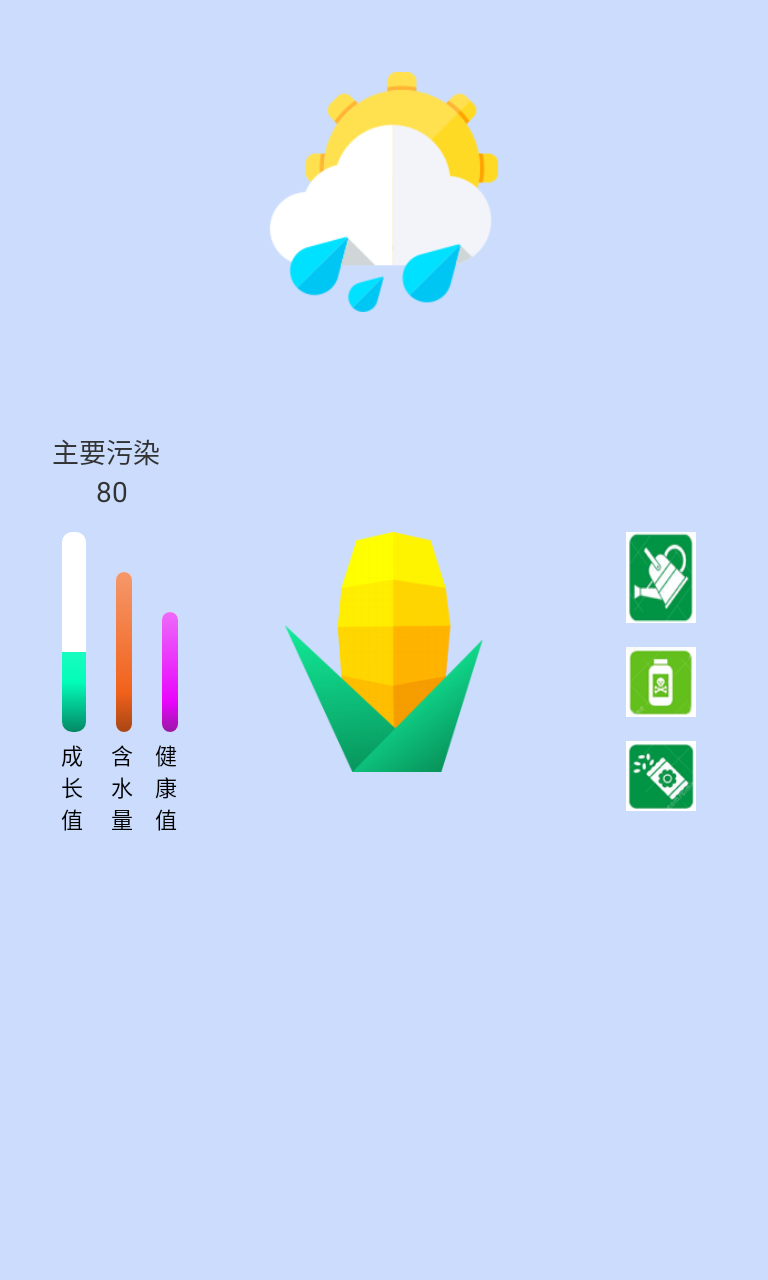
Repository: DraceWang/YumiTianqi
Layout: YumiTianqi/res/layout/fragment_main.xml
These files come from the project's save history. The layout is drawn as it stood at one moment and after the next save; the edit follows.
It is drawn on a 768 x 1280 px phone screen (xhdpi) without system bars, with theme AppTheme; the app's code is not run. Lists and similar views that code fills are empty.

Above is the layout before, as saved 2015-05-20 00:59:08.

### YumiTianqi/res/layout/fragment_main.xml
<RelativeLayout xmlns:android="http://schemas.android.com/apk/res/android"
    xmlns:tools="http://schemas.android.com/tools"
    android:layout_width="match_parent"
    android:layout_height="match_parent"
    android:background="#cbdcfd"
    android:paddingBottom="@dimen/activity_vertical_margin"
    android:paddingLeft="@dimen/activity_horizontal_margin"
    android:paddingRight="@dimen/activity_horizontal_margin"
    android:paddingTop="@dimen/activity_vertical_margin"
    tools:context="com.boyumi.yumitianqi.MainActivity$PlaceholderFragment" >

    <TextView
        android:id="@+id/CityName"
        android:layout_width="wrap_content"
        android:layout_height="wrap_content"
        android:layout_marginLeft="20dp"
        android:layout_marginTop="20dp"
        android:textColor="#000"
        android:textSize="10pt" />

    <TextView
        android:id="@+id/currentTemperature"
        android:layout_width="wrap_content"
        android:layout_height="wrap_content"
        android:layout_alignParentRight="true"
        android:layout_alignTop="@+id/CityName"
        android:layout_marginRight="20dp"
        android:textColor="#000"
        android:textSize="10pt" />

    <ImageView
        android:id="@+id/WeatherIcon"
        android:layout_width="120dp"
        android:layout_height="120dp"
        android:layout_alignTop="@+id/CityName"
        android:layout_centerHorizontal="true"
        android:src="@drawable/sunnyrain" />

    <TextView
        android:layout_width="wrap_content"
        android:layout_height="wrap_content"
        android:id="@+id/WeatherCondition"
        android:layout_below="@+id/WeatherIcon"
        android:layout_centerHorizontal="true"
        android:layout_marginTop="5dp"
        android:textSize="10pt"
        android:textColor="#000"
        />

    <TextView
        android:layout_width="wrap_content"
        android:layout_height="wrap_content"
        android:id="@+id/date"
        android:layout_alignParentBottom="true"
        android:layout_alignParentRight="true"
        android:layout_marginRight="5dp"
        android:layout_marginBottom="2dp"
        android:textSize="5pt"
        android:textColor="#666"
        />
    <RelativeLayout
        android:layout_width="60dp"
        android:layout_height="wrap_content"
        android:id="@+id/btn_AQ"
        android:layout_above="@+id/body"
        android:layout_marginLeft="10dp"
        android:layout_marginBottom="-100dp"
        >
        <TextView
            android:id="@+id/AQ_title"
            android:layout_width="60dp"
            android:layout_height="20dp"
            android:layout_alignParentLeft="true"
            android:textSize="6pt"
            android:text="主要污染"
            />
        <TextView
            android:id="@+id/AQ_content"
            android:layout_width="60dp"
            android:layout_height="20dp"
			android:gravity="center"
            android:layout_below="@+id/AQ_title"
            android:text="80"
            />

    </RelativeLayout>
    <ScrollView
        android:id="@+id/body"
        android:layout_width="match_parent"
        android:layout_height="wrap_content"
        android:layout_below="@+id/WeatherIcon"
        android:layout_centerHorizontal="true"
        android:layout_marginTop="70dp"
        android:scrollbars="none" >

        <LinearLayout
            android:layout_width="match_parent"
            android:layout_height="wrap_content"
            android:orientation="vertical" >

            <RelativeLayout
                android:layout_width="match_parent"
                android:layout_height="wrap_content" >

                <ImageView
                    android:id="@+id/cron"
                    android:layout_width="120dp"
                    android:layout_height="120dp"
                    android:layout_centerHorizontal="true"
                    android:layout_marginTop="40dp"
                    android:src="@drawable/cron" />

                <ProgressBar
                    android:id="@+id/progressBar_gv"
                    style="?android:attr/progressBarStyleHorizontal"
                    android:layout_width="12dp"
                    android:layout_height="100dp"
                    android:layout_alignTop="@+id/cron"
                    android:layout_marginLeft="15dp"
                    android:max="200"
                    android:progress="80"
                    android:progressDrawable="@drawable/mybar_gv" />

                <ProgressBar
                    android:id="@+id/progressBar_wv"
                    style="?android:attr/progressBarStyleHorizontal"
                    android:layout_width="8dp"
                    android:layout_height="80dp"
                    android:layout_above="@+id/Date"
                    android:layout_alignBottom="@+id/progressBar_gv"
                    android:layout_marginLeft="15dp"
                    android:layout_toRightOf="@+id/progressBar_gv"
                    android:max="50"
                    android:progress="80"
                    android:progressDrawable="@drawable/mybar_wv" />

                <ProgressBar
                    android:id="@+id/progressBar_hv"
                    style="?android:attr/progressBarStyleHorizontal"
                    android:layout_width="8dp"
                    android:layout_height="60dp"
                    android:layout_above="@+id/Date"
                    android:layout_alignBottom="@+id/progressBar_gv"
                    android:layout_marginLeft="15dp"
                    android:layout_toRightOf="@+id/progressBar_wv"
                    android:max="10"
                    android:progress="80"
                    android:progressDrawable="@drawable/mybar_hv" />

                <ImageButton
                    android:id="@+id/imageButton_water"
                    android:layout_width="35dp"
                    android:layout_height="35dp"
                    android:layout_above="@+id/imageButton_bug"
                    android:layout_alignParentRight="true"
                    android:layout_alignTop="@+id/cron"
                    android:layout_marginBottom="12dp"
                    android:layout_marginRight="20dp"
                    android:background="@drawable/water"
                    android:onClick="water"
                    android:scaleType="fitCenter" />

                <ImageButton
                    android:id="@+id/imageButton_bug"
                    android:layout_width="35dp"
                    android:layout_height="35dp"
                    android:layout_above="@+id/imageButton_feiliao"
                    android:layout_alignLeft="@+id/imageButton_water"
                    android:layout_alignParentRight="true"
                    android:layout_marginBottom="12dp"
                    android:layout_marginRight="20dp"
                    android:background="@drawable/bug"
                    android:scaleType="fitCenter" />

                <ImageButton
                    android:id="@+id/imageButton_feiliao"
                    android:layout_width="35dp"
                    android:layout_height="35dp"
                    android:layout_alignBottom="@+id/cron"
                    android:layout_alignLeft="@+id/imageButton_water"
                    android:layout_alignParentRight="true"
                    android:layout_marginRight="20dp"
                    android:layout_marginBottom="-20dp"
                    android:background="@drawable/feiliao"
                    android:scaleType="fitCenter" />

                <TextView
                    android:id="@+id/grown"
                    android:layout_width="12dp"
                    android:layout_height="wrap_content"
                    android:layout_alignLeft="@+id/progressBar_gv"
                    android:layout_below="@+id/progressBar_gv"
                    android:layout_marginTop="3dp"
                    android:layout_marginLeft="-1dp"
                    android:text="成长值"
                    android:textColor="#000"
                    android:textSize="5pt" />

                <TextView
                    android:id="@+id/water"
                    android:layout_width="12dp"
                    android:layout_height="wrap_content"
                    android:layout_alignLeft="@+id/progressBar_wv"
                    android:layout_below="@+id/progressBar_wv"
                    android:layout_marginTop="3dp"
                    android:layout_marginLeft="-3dp"
                    android:text="含水量"
                    android:textColor="#000"
                    android:textSize="5pt" />

                <TextView
                    android:id="@+id/healthy"
                    android:layout_width="12dp"
                    android:layout_height="wrap_content"
                    android:layout_alignLeft="@+id/progressBar_hv"
                    android:layout_below="@+id/progressBar_hv"
                    android:layout_marginTop="3dp"
                    android:layout_marginLeft="-4dp"
                    android:text="健康值"
                    android:textColor="#000"
                    android:textSize="5pt" />
            </RelativeLayout>

            <ListView
                android:id="@+id/forecast"
                android:layout_width="match_parent"
                android:layout_height="200dp"
                android:layout_marginTop="90dp" >
            </ListView>
        </LinearLayout>
    </ScrollView>

</RelativeLayout>

### YumiTianqi/res/drawable-mdpi/mybar_gv.xml
<?xml version="1.0" encoding="utf-8"?>
<layer-list xmlns:android="http://schemas.android.com/apk/res/android" >
    <item android:id="@android:id/background" >
        <shape>
            <corners android:radius="5dip" />
            <gradient
                	android:startColor="#ffffff"
                    android:centerColor="#ffffff"
                    android:endColor="#ffffff"
                    android:angle="270"
            />
        </shape>
    </item>

     <item android:id="@android:id/progress">
        <clip android:clipOrientation="vertical"
            android:gravity="bottom">
            <shape>
                <corners android:radius="5dip" />
                <gradient
                        android:startColor="#6cfcd5"
                        android:centerColor="#03fcb9"
                        android:centerX="0.75"
                        android:endColor="#038864"
                        android:angle="270"
                />
            </shape>
        </clip>
    </item>


</layer-list>

### YumiTianqi/res/drawable-mdpi/mybar_wv.xml
<?xml version="1.0" encoding="utf-8"?>
<layer-list xmlns:android="http://schemas.android.com/apk/res/android" >
    <item android:id="@android:id/background" >
        <shape>
            <corners android:radius="5dip" />
            <gradient
                	android:startColor="#ffffff"
                    android:centerColor="#ffffff"
                    android:endColor="#ffffff"
                    android:angle="270"
            />
        </shape>
    </item>

     <item android:id="@android:id/progress">
        <clip android:clipOrientation="vertical"
            android:gravity="bottom">
            <shape>
                <corners android:radius="5dip" />
                <gradient
                        android:startColor="#f5986b"
                        android:centerColor="#f1621b"
                        android:centerX="0.75"
                        android:endColor="#a84514"
                        android:angle="270"
                />
            </shape>
        </clip>
    </item>


</layer-list>

### YumiTianqi/res/drawable-mdpi/mybar_hv.xml
<?xml version="1.0" encoding="utf-8"?>
<layer-list xmlns:android="http://schemas.android.com/apk/res/android" >
    <item android:id="@android:id/background" >
        <shape>
            <corners android:radius="5dip" />
            <gradient
                	android:startColor="#ffffff"
                    android:centerColor="#ffffff"
                    android:endColor="#ffffff"
                    android:angle="270"
            />
        </shape>
    </item>

     <item android:id="@android:id/progress">
        <clip android:clipOrientation="vertical"
            android:gravity="bottom">
            <shape>
                <corners android:radius="5dip" />
                <gradient
                        android:startColor="#ed6af9"
                        android:centerColor="#e805fc"
                        android:centerX="0.75"
                        android:endColor="#9818a4"
                        android:angle="270"
                />
            </shape>
        </clip>
    </item>


</layer-list>

Loaded but not shown: YumiTianqi/res/values/styles.xml (common file); YumiTianqi/res/values-v11/styles.xml (common file); YumiTianqi/res/values-v14/styles.xml (common file); YumiTianqi/res/values/dimens.xml (common file); YumiTianqi/res/values-w820dp/dimens.xml (common file)

After the next save:
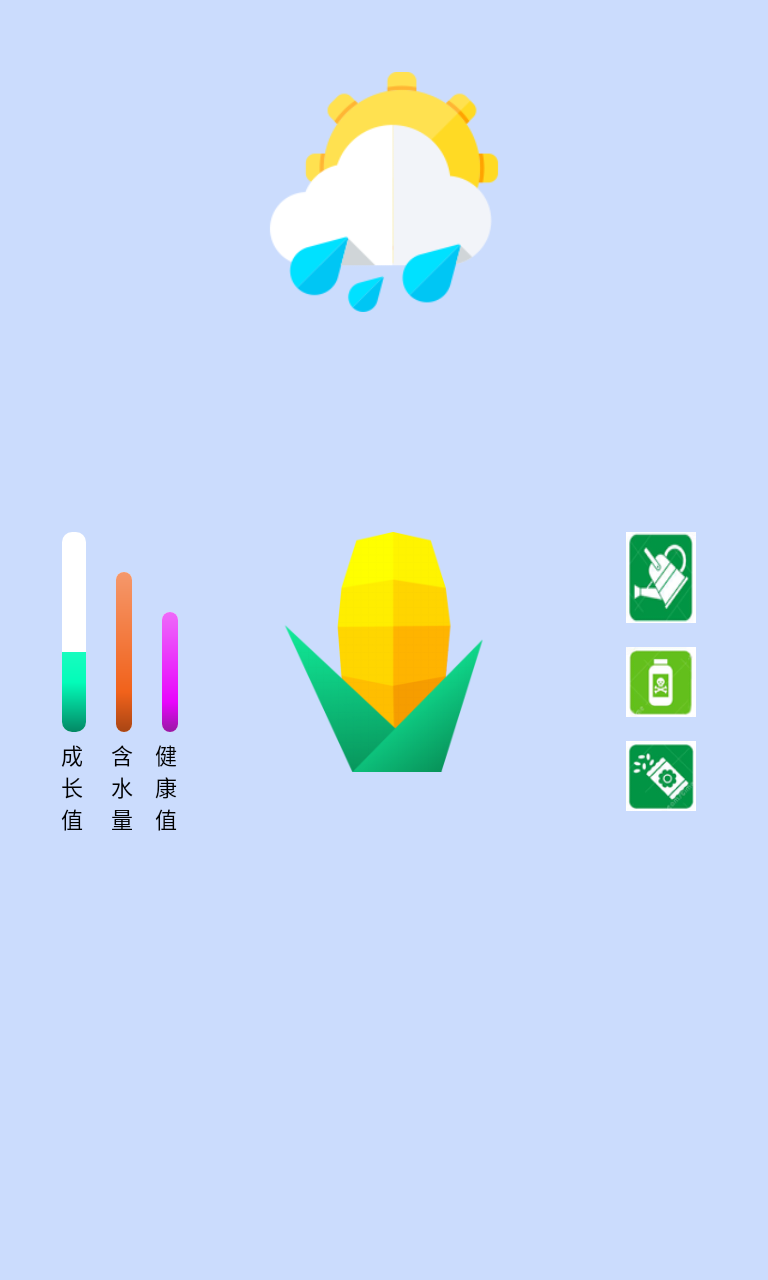
Saved 62 s later.
--- a/YumiTianqi/res/layout/fragment_main.xml
+++ b/YumiTianqi/res/layout/fragment_main.xml
@@ -72,7 +72,6 @@
             android:layout_height="20dp"
             android:layout_alignParentLeft="true"
             android:textSize="6pt"
-            android:text="主要污染"
             />
         <TextView
             android:id="@+id/AQ_content"
@@ -80,7 +79,6 @@
             android:layout_height="20dp"
 			android:gravity="center"
             android:layout_below="@+id/AQ_title"
-            android:text="80"
             />
 
     </RelativeLayout>
